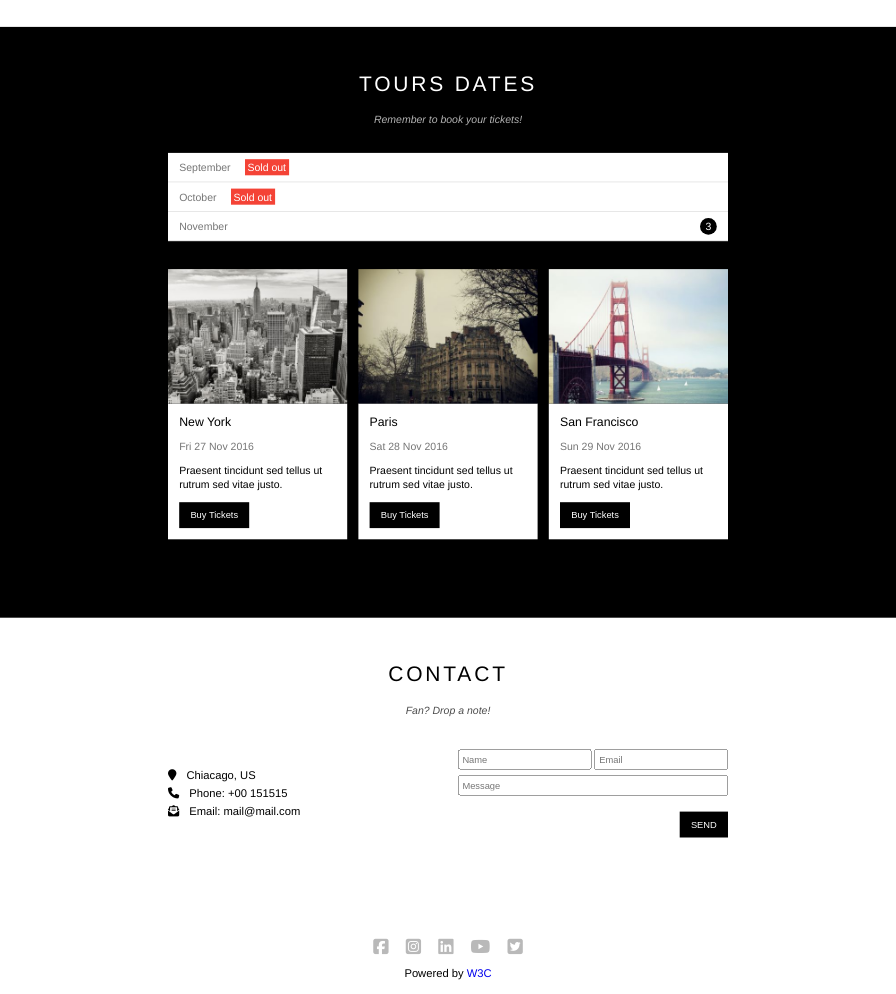
Repository: NguyenMinhChau/Theband
Page: index.html
These files come from the project's save history. The page is drawn as it stood at one moment and after the next save; the edit follows.
The browser window is 1280 px wide. The pictures show the part of the page from y = 1288 to 3208 px (the page is 2708 px tall before and 3208 px after), at 70% of full size.
Some web libraries are served in a nearby version.

Above is the page before, as saved 2021-10-24 08:31:09.

After the next save:
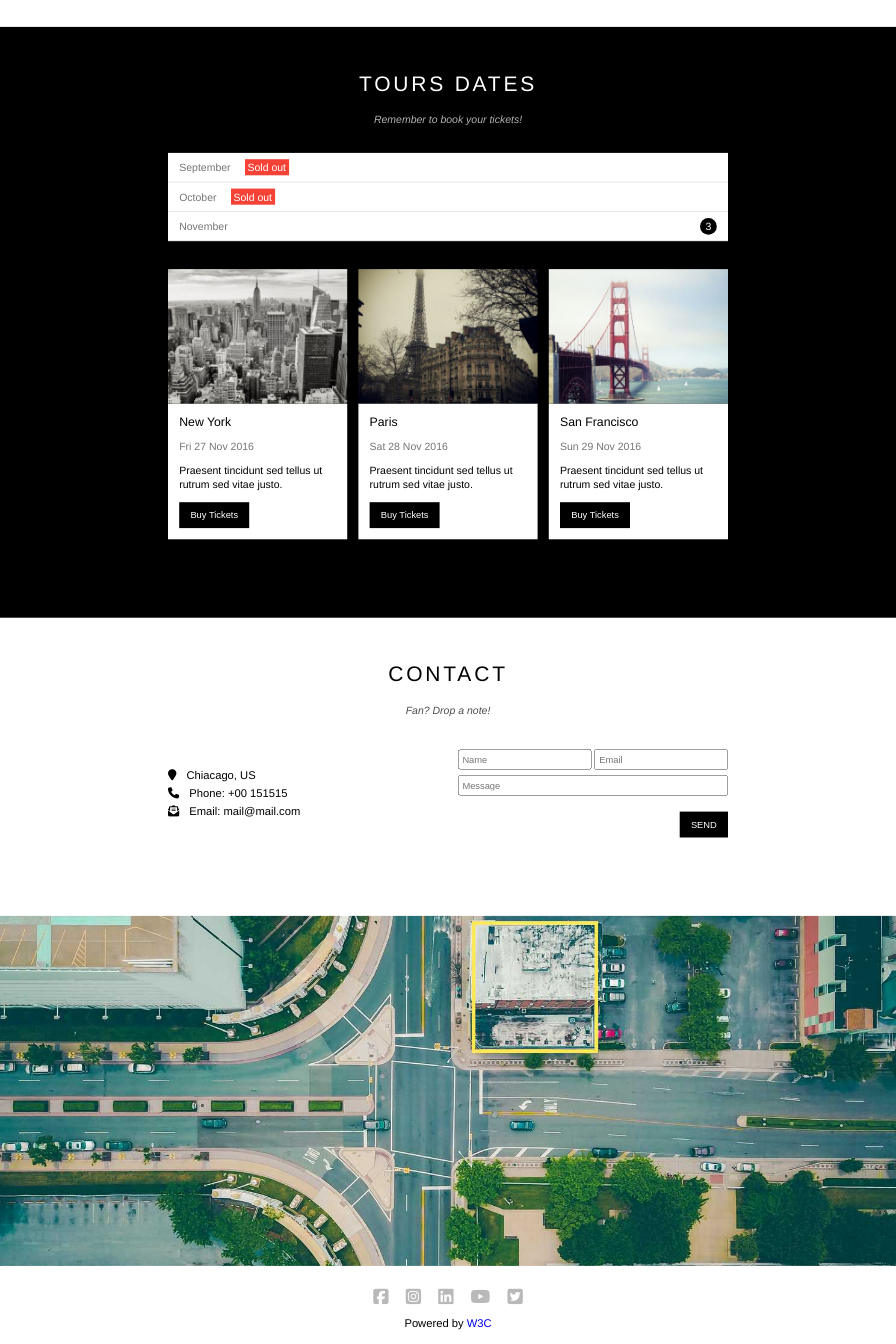
Saved 11 s later.
--- a/assets/css/style.css
+++ b/assets/css/style.css
@@ -333,7 +333,8 @@
 }
 
 #content .content-map-image{
-
+    height: 500px;
+    background: url('../img/img-footer.jpg') no-repeat center / 100%;
 }
 /* END CSS CONTENT */
 

After the 3 saves that followed:
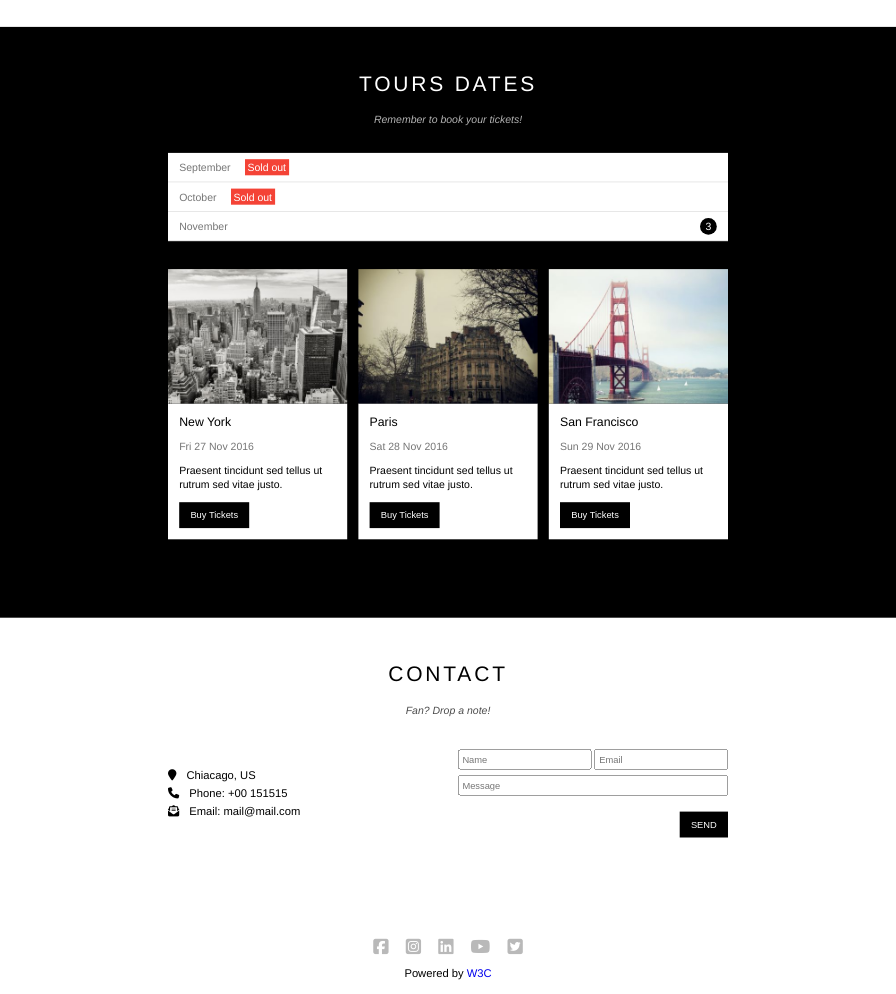
The 3 saves are shown as one change because 2 left the picture as it was.
The last was saved 36 s later.
--- a/assets/css/style.css
+++ b/assets/css/style.css
@@ -333,21 +333,14 @@
 }
 
 #content .content-map-image{
-    height: 500px;
     background: url('../img/img-footer.jpg') no-repeat center / 100%;
 }
 /* END CSS CONTENT */
 
 /* BEGIN CSS FOOTER */
 #footer{
-    height: auto;
     text-align: center;
     margin-bottom: 20px;
-}
-
-#footer .footer-image{
-    height: 500px;
-    background: url('../img/img-footer.jpg') no-repeat center / 100%;
 }
 
 #footer .footer-social-list{
